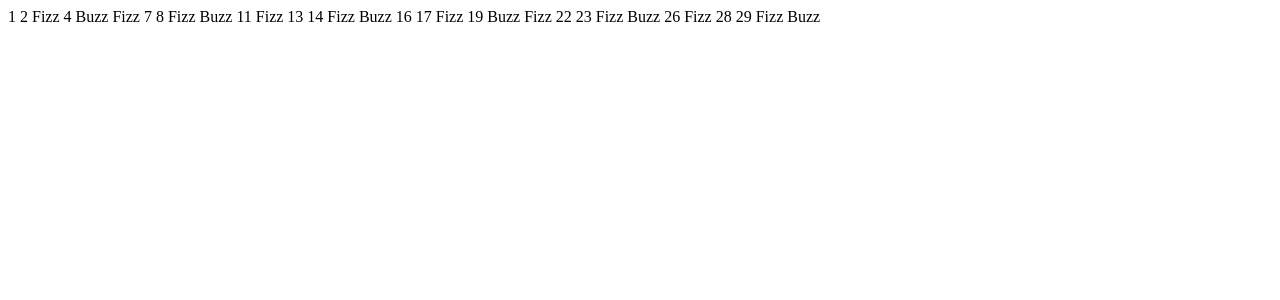
Repository: nana817/samurai_PHP
Page: http://localhost/for.php
The author's editor kept a record of every edit. The page is drawn from the files as they stood at one moment, then again after the next edit.
The browser window is 1280 px wide. The pictures show the whole page.
The page is run by PHP 8.4 with error messages shown; the project is at /var/www/html/.

Above is the page before.

### for.php
<?php
for ($i = 1; $i < 31; $i++) {

    if($i% 15 == 0){
        print("Fizz Buzz"."\n");
    }elseif($i % 5 == 0){
        print("Buzz"."\n");

    }elseif($i % 3 ==0){
        print("Fizz"."\n");

    }else
    print($i."\n");
    }

After the next edit:
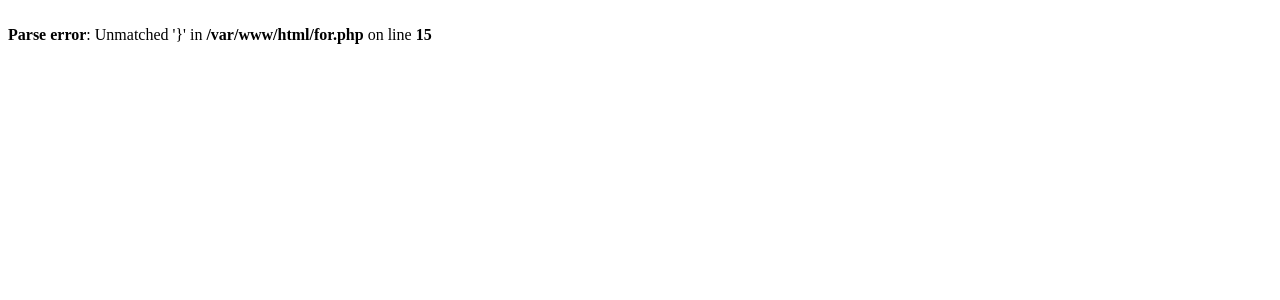
The edit:
--- a/for.php
+++ b/for.php
@@ -12,3 +12,4 @@
     }else
     print($i."\n");
     }
+}
